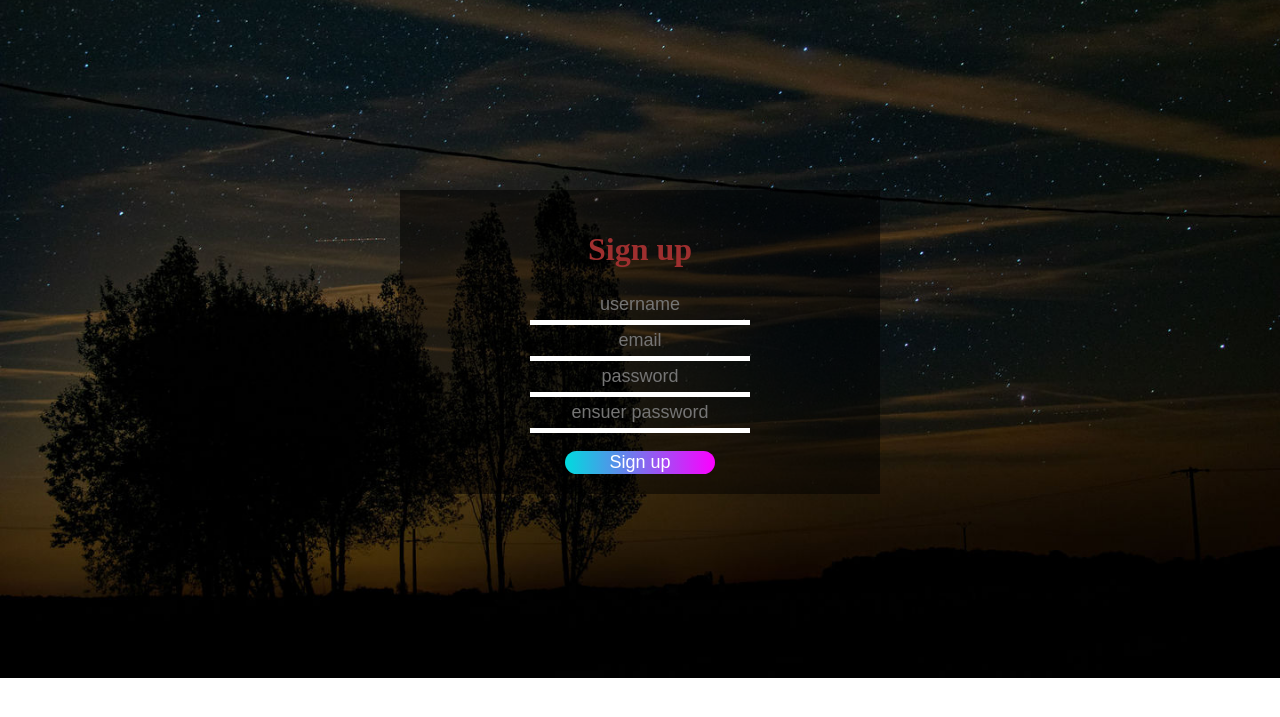
Repository: xduBlockChainLab/our-web
Page: src/main/resources/tempalates/signup.html
These files come from the project's save history. The page is drawn as it stood at one moment and after the next save; the edit follows.
The browser window is 1280 px wide. The pictures show the whole page.
Some web libraries are served in a nearby version.

Above is the page before, as saved 2021-10-26 21:36:08.

After the next save:
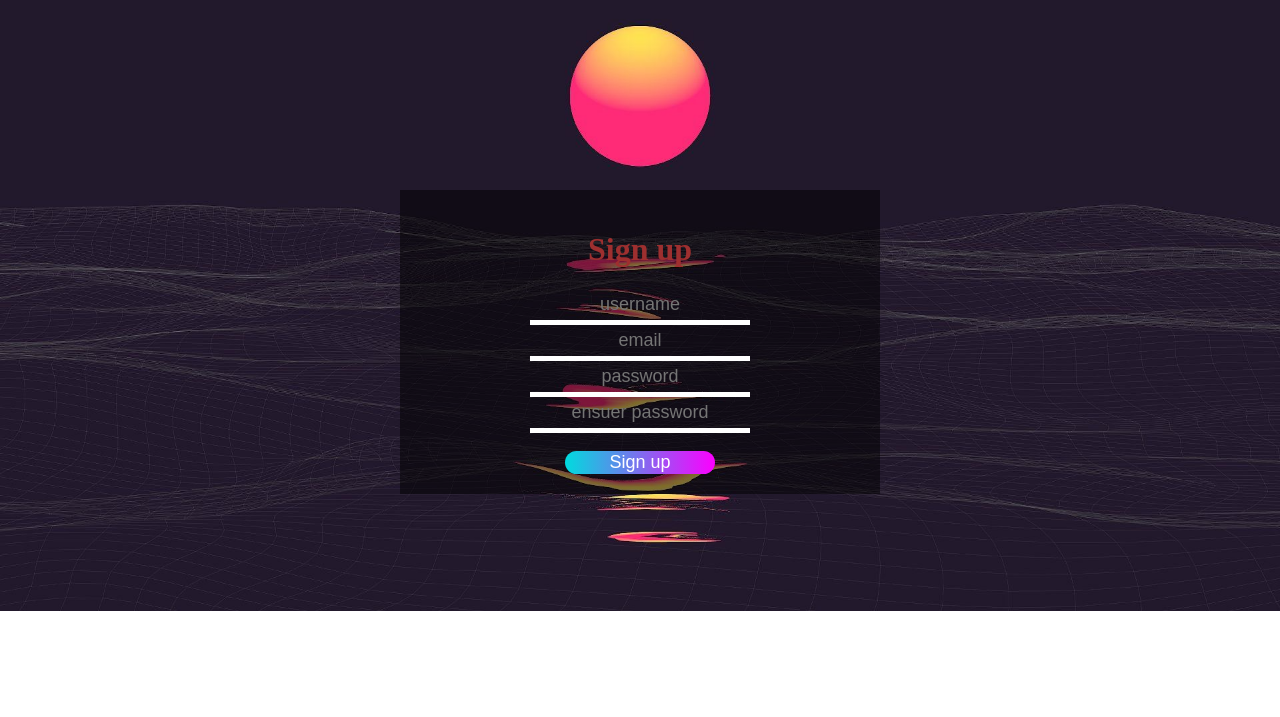
Saved 3 min 29 s later.
--- a/src/main/resources/tempalates/signup.html
+++ b/src/main/resources/tempalates/signup.html
@@ -1,7 +1,7 @@
 <!--
  * @Author: qinghe
  * @Date: 2021-10-20 16:46:02
- * @LastEditTime: 2021-10-24 09:52:44
+ * @LastEditTime: 2021-10-26 21:39:37
  * @LastEditors: Please set LastEditors
  * @Description: In User Settings Edit
  * @FilePath: \网页\注册网页\img\signup.html
@@ -70,7 +70,7 @@
         }
 
         body {
-            background: url("../static/img/shenlin.jpg") center;
+            background: url("../static/img/luor.jpg") center;
             background-size: 100% auto;
             background-repeat: no-repeat;
         }

After the save that followed:
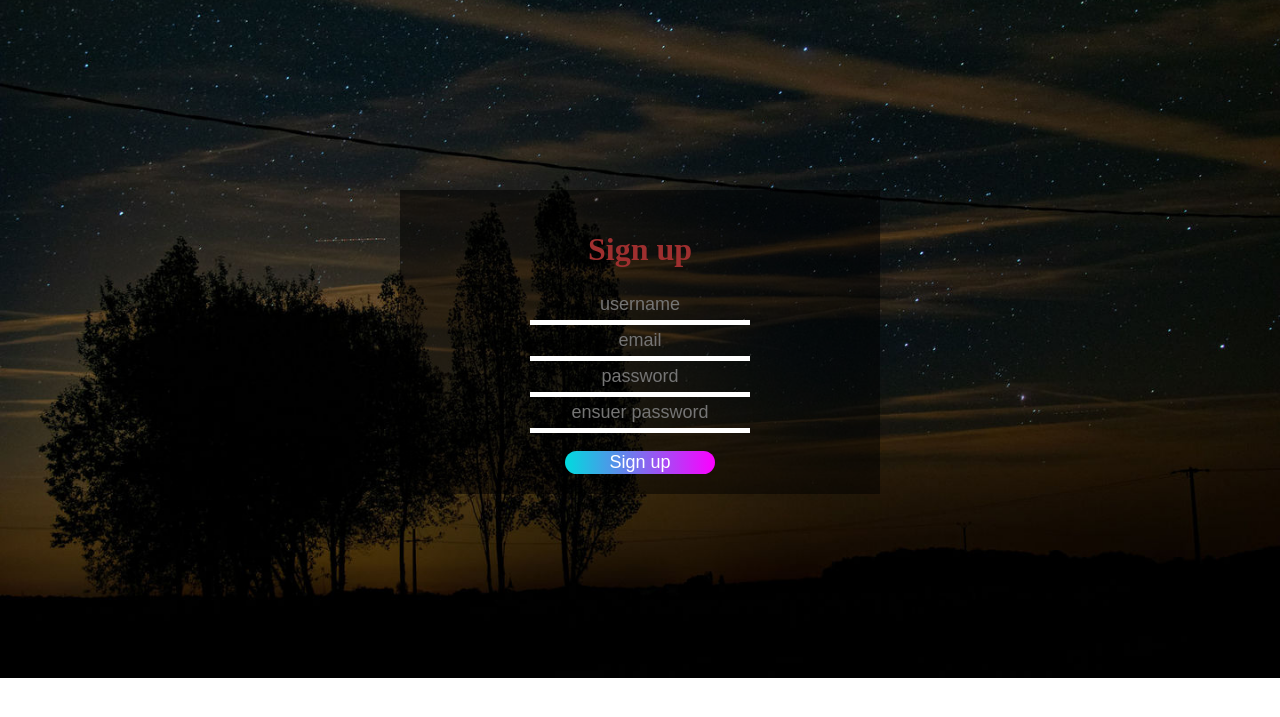
Saved 11 s later.
--- a/src/main/resources/tempalates/signup.html
+++ b/src/main/resources/tempalates/signup.html
@@ -1,7 +1,7 @@
 <!--
  * @Author: qinghe
  * @Date: 2021-10-20 16:46:02
- * @LastEditTime: 2021-10-26 21:39:37
+ * @LastEditTime: 2021-10-24 09:52:44
  * @LastEditors: Please set LastEditors
  * @Description: In User Settings Edit
  * @FilePath: \网页\注册网页\img\signup.html
@@ -70,7 +70,7 @@
         }
 
         body {
-            background: url("../static/img/luor.jpg") center;
+            background: url("../static/img/shenlin.jpg") center;
             background-size: 100% auto;
             background-repeat: no-repeat;
         }
